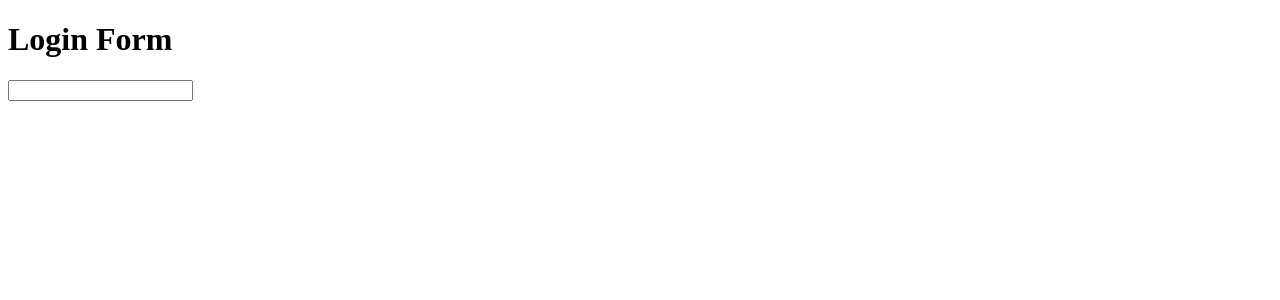
Repository: AbubakarShaik/Java_J2EE_Project
Page: http://localhost/com.testprojectServlet/login.jsp
These files come from the project's save history. The page is drawn as it stood at one moment and after the next save; the edit follows.
The browser window is 1280 px wide. The pictures show the whole page.
The page is served by Tomcat 9.

Above is the page before, as saved 2016-12-21 10:08:37.

After the next save:
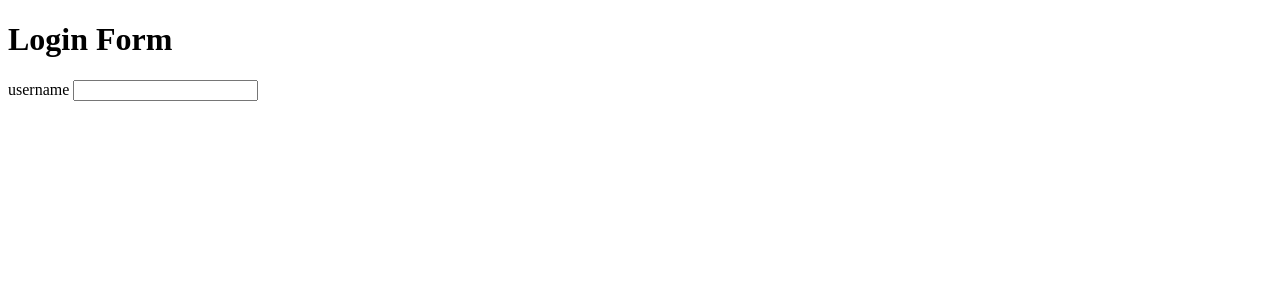
Saved 31 s later.
--- a/com.testprojectServlet/WebContent/login.jsp
+++ b/com.testprojectServlet/WebContent/login.jsp
@@ -9,8 +9,8 @@
 <h1>Login Form</h1>
 <body>
 <div>
-<td></td>
-<td><input type="text" name="UserName"></td>
+<td>username</td>
+<input type="text" name="UserName">
 
 </div>
 </body>
